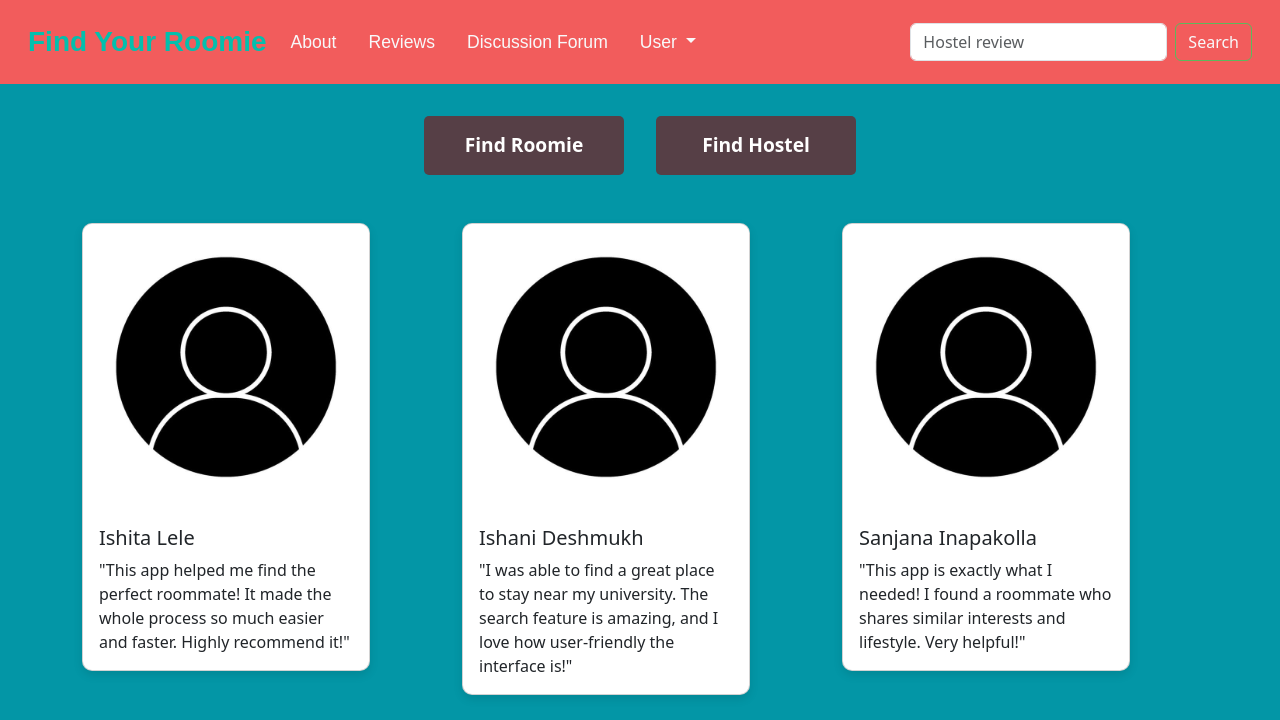
Repository: Sanjana-Inapakolla/Find-your-Roomie-website
Page: mini-project(jfst)/MiniProject/src/main/webapp/home.html
The author's editor kept a copy of each file at every save. The page is drawn from the files as they stood at one save, then again after the next save.
The browser window is 1280 px wide. The pictures show the whole page.

Above is the page before, as saved 2024-11-13 07:04:49.

After the next save:
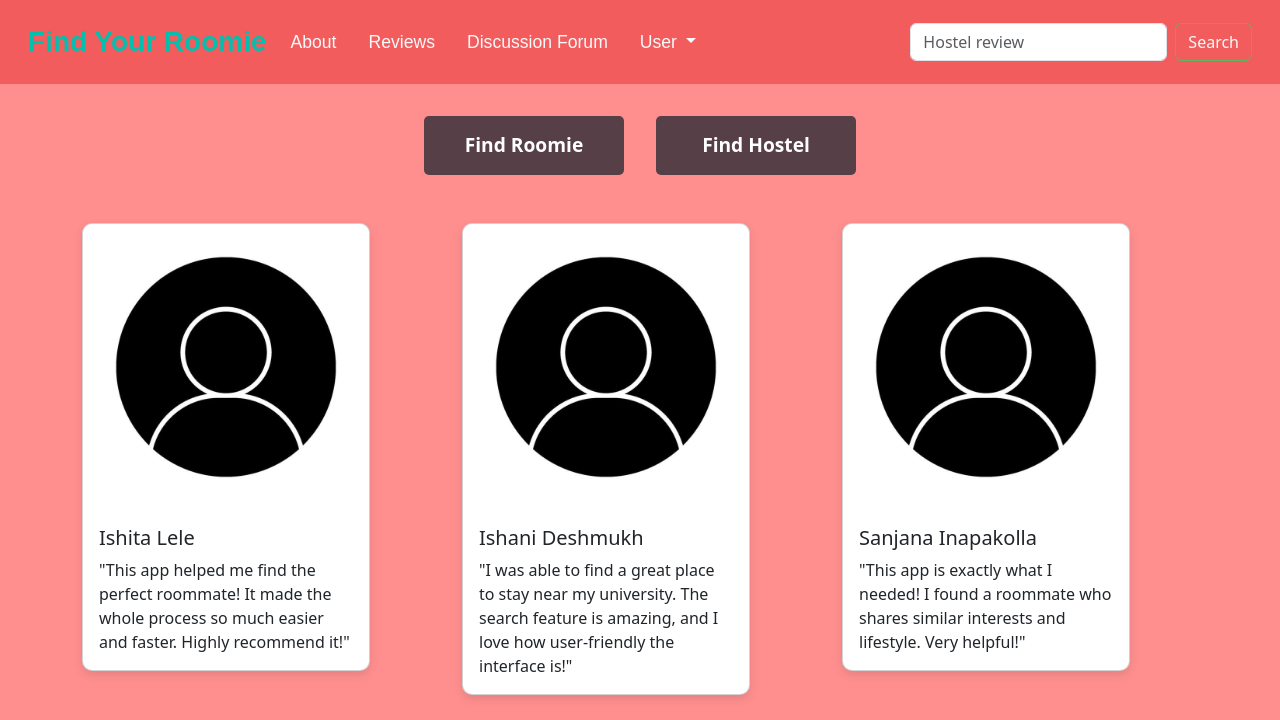
Saved 105 min 9 s later.
--- a/mini-project(jfst)/MiniProject/src/main/webapp/home.html
+++ b/mini-project(jfst)/MiniProject/src/main/webapp/home.html
@@ -109,7 +109,7 @@
     }
 
     body{
-      background-color: #0396A6;
+      background-color: #ff8f8f;
     }
   </style>
 </head>
